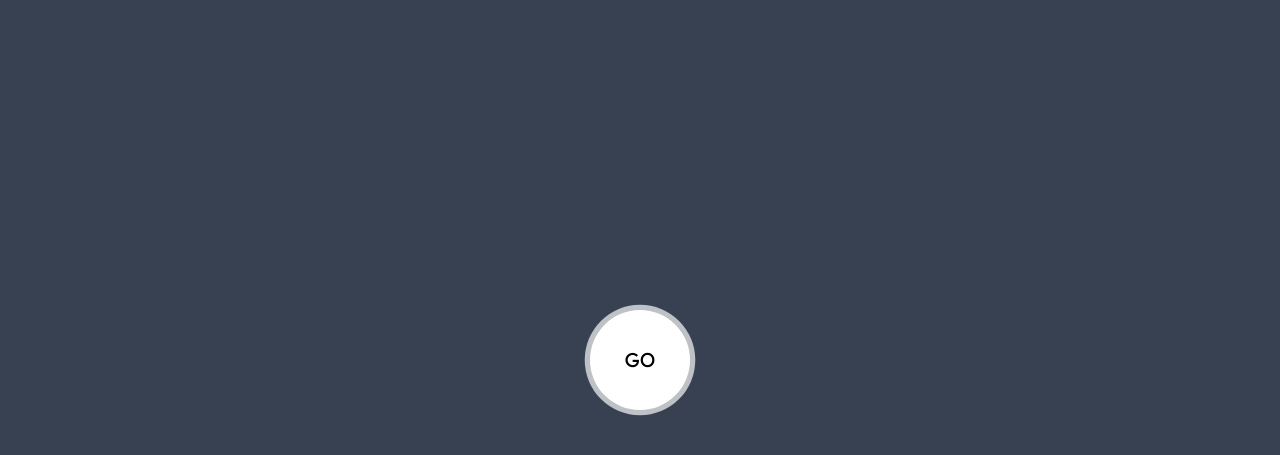
Repository: javals243/Reusable-component
Page: /
The author's editor kept a copy of each file at every save. The page is drawn from the files as they stood at one save, then again after the next save.
The browser window is 1280 px wide. The pictures show the whole page.
The project was rebuilt for these pictures with package versions that can differ from the ones it lists, and the page was loaded fresh each time. The framework's server and built-in components were replaced by stand-ins that run in the browser. Also part of the build but not shown: next.config.js, components/MasonryLayout/MansonryLayout.tsx, components/ProductCard/ProductCard.tsx, components/UnderlineAnimation/UnderlineAnimation.tsx.

Above is the page before, as saved 2023-01-03 11:15:09.

### pages/index.tsx
import Head from 'next/head'
import Image from 'next/image'
import { Inter } from '@next/font/google'
import styles from '../styles/Home.module.css'
import { MansonryLayout, ProductCard, PurseEffect, UnderlineAnimation } from '../components'


const inter = Inter({ subsets: ['latin'] })

export default function Home() {
  return (
    <>
    {/* <MansonryLayout/> */}
    {/* <ProductCard/> */}
    {/* <UnderlineAnimation/> */}
    <PurseEffect/>
    </>
  )
}

### styles/globals.css
@import url('https://fonts.googleapis.com/css2?family=Readex+Pro:wght@200;300;400;500;600&display=swap');
@layer base {
    body {
        font-family: 'Readex Pro', sans-serif;
    }
}

@tailwind base;
@tailwind components;
@tailwind utilities;
@layer components {
    .card {
        @apply bg-white text-gray-700 w-72 min-h-[10rem] shadow-lg rounded-md overflow-hidden
    }
    .badge {
        @apply px-3 py-1 rounded-full text-xs bg-gray-100
    }
    .product-title {
        @apply font-semibold text-2xl overflow-ellipsis overflow-hidden whitespace-nowrap
    }
    .discount-percent {
        @apply bg-green-400 px-1.5 py-0.5 rounded-md text-xs text-white
    }
    .button-primary{
      @apply bg-yellow-500/80 hover:bg-yellow-500/90 rounded-md px-6 py-2 text-white font-medium tracking-wide transition
    }

}

### components/index.ts
export * from "./MasonryLayout/MansonryLayout"
export * from "./ProductCard/ProductCard"
export * from "./UnderlineAnimation/UnderlineAnimation"
export * from "./PurseEffect/PurseEffect"

### components/PurseEffect/PurseEffect.tsx
import React from 'react'
import styles from "../../styles/Home.module.css";
function PurseEffect() {
  return (
    <div className='flex bg-gray-700 justify-center items-center h-[100vh]'>
        <button className={styles.ButtonPurseEffect}>GO</button>
    </div>
  )
}

export {PurseEffect}

### styles/Home.module.css
.underlineAnimation {
    font-size: 50px;
    text-decoration: none;
    position: relative;
    text-transform: uppercase;
    color: #000;
}

.underlineAnimation::after {
    content: "";
    display: block;
    position: absolute;
    bottom: 0;
    height: 2px;
    width: 100%;
    background: #000;
    border-radius: 9999px;
    transform: scaleX(0);
    transform-origin: center;
    transition: transform 0.4s ease-in-out;
}

.underlineAnimation:hover::after {
    transform: scaleX(1);
}

.ButtonPurseEffect {
    position: absolute;
    top: 50%;
    left: 50%;
    background-color: white;
    transform: translate(-50%, -50%);
    display: flex;
    justify-content: center;
    align-items: center;
    width: 100px;
    height: 100px;
    border-radius: 50%;
    font-size: 20px;
    border: none;
    box-shadow: 0 0 0 0 #fff;
    animation: pulse 1.3s infinite;
}

@keyframes pulse {
    to {
        box-shadow: 0 0 0 16px rgba(255, 255, 255, 0.01);
    }
}

### tailwind.config.js
/** @type {import('tailwindcss').Config} */
module.exports = {
    content: [
        "./pages/**/*.{js,ts,jsx,tsx}",
        "./components/**/*.{js,ts,jsx,tsx}",
    ],
    theme: {
        extend: {},
    },
    plugins: [],
}

Loaded but not shown: pages/_app.tsx (common file); pages/_document.tsx (common file)

After the next save:
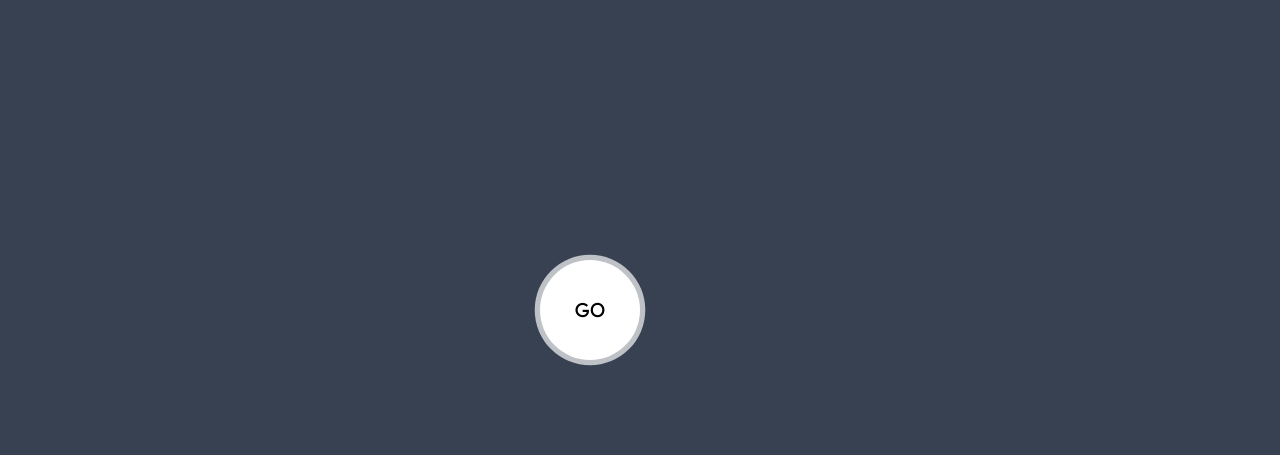
Saved 10 min 6 s later.
--- a/styles/Home.module.css
+++ b/styles/Home.module.css
@@ -25,9 +25,6 @@
 }
 
 .ButtonPurseEffect {
-    position: absolute;
-    top: 50%;
-    left: 50%;
     background-color: white;
     transform: translate(-50%, -50%);
     display: flex;

After the save that followed:
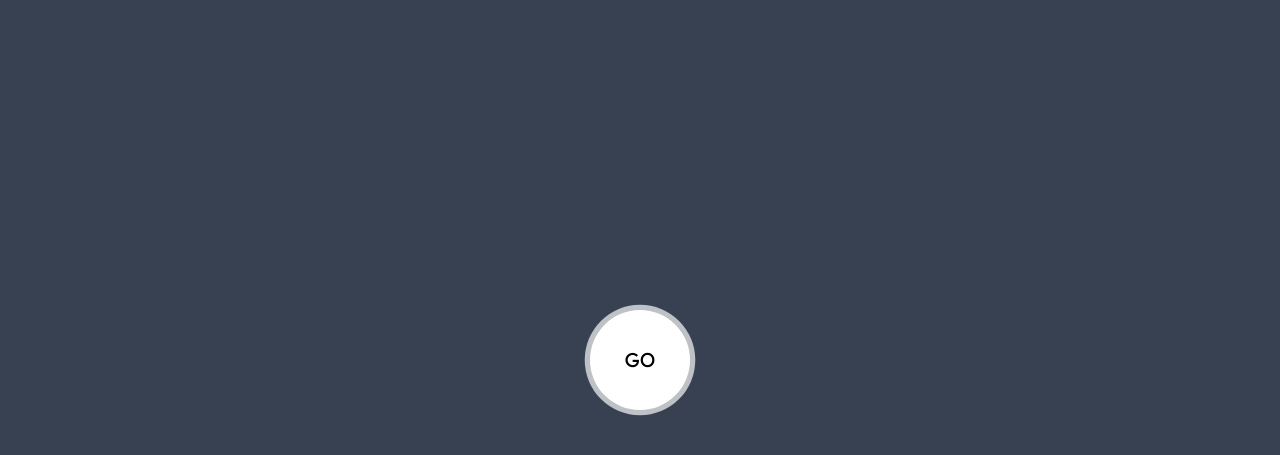
Saved 24 s later.
--- a/styles/Home.module.css
+++ b/styles/Home.module.css
@@ -26,7 +26,6 @@
 
 .ButtonPurseEffect {
     background-color: white;
-    transform: translate(-50%, -50%);
     display: flex;
     justify-content: center;
     align-items: center;
